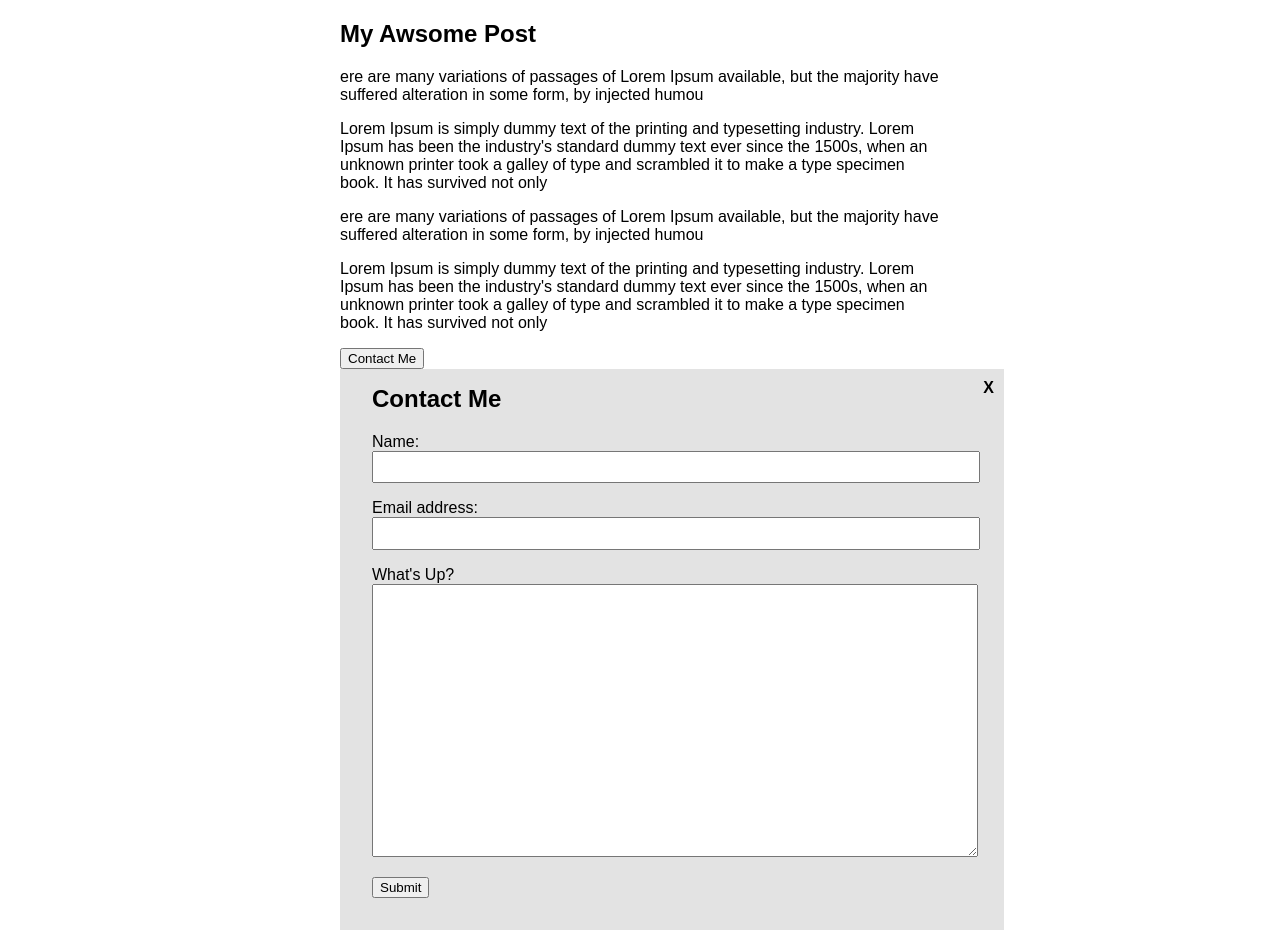
Repository: nema38/30DaysTrainning
Page: 30Days08/index.html
These files come from the project's save history. The page is drawn as it stood at one moment and after the next save; the edit follows.
The browser window is 1280 px wide. The pictures show the whole page.
After loading, the first visible `button` was clicked once.
Some web libraries are served in a nearby version.

Above is the page before, as saved 2014-04-16 19:46:35.

After the next save:
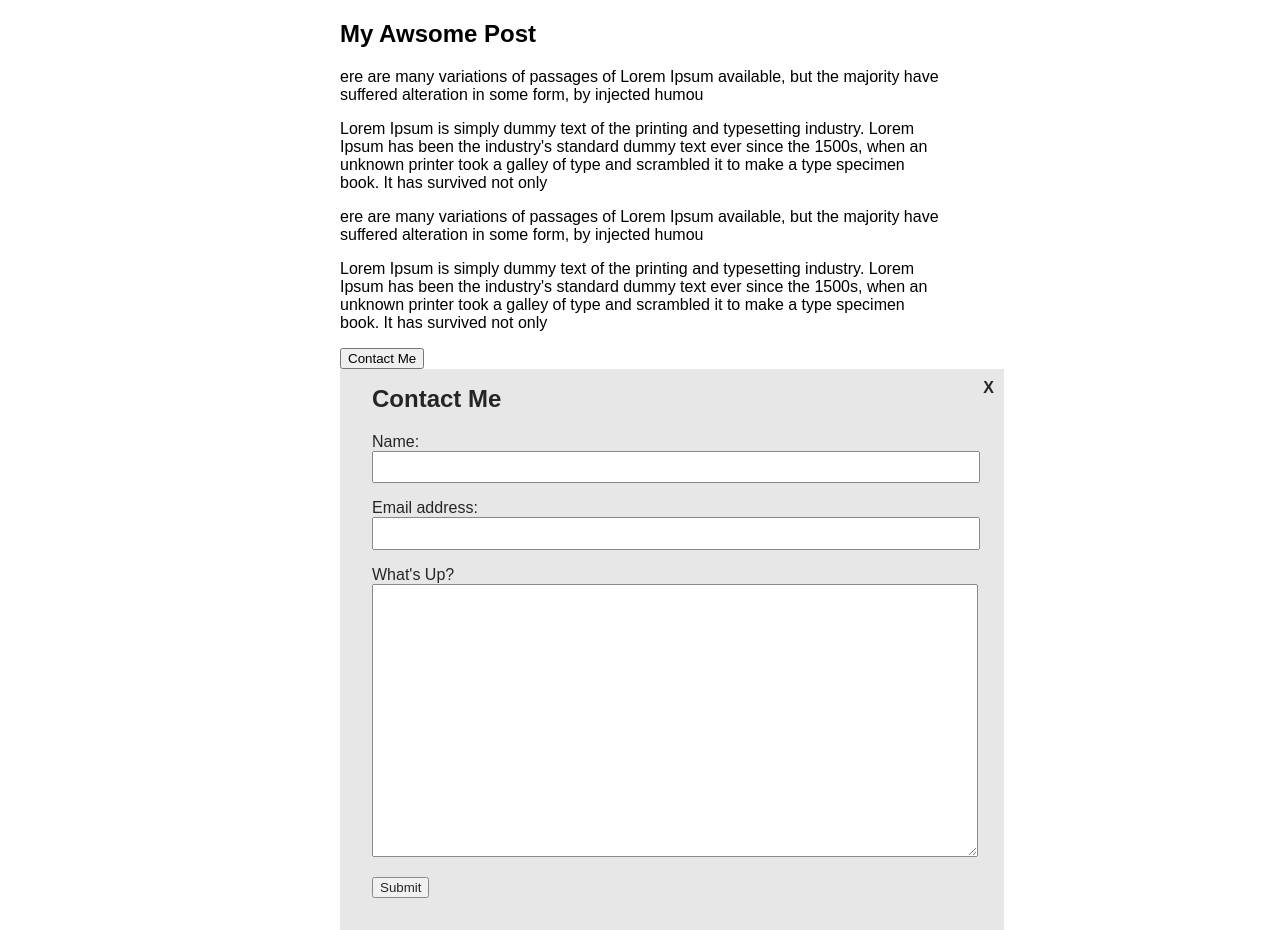
Saved 6 min 15 s later.
--- a/30Days08/index.html
+++ b/30Days08/index.html
@@ -114,14 +114,14 @@
 
 					show: function() {
 						contactForm.close.call(contactForm.container);
-						contactForm.container[contactForm.config.effect](500);
+						contactForm.container[contactForm.config.effect](contactForm.config.speed);
 					},
 					close: function()	{
 						var $this = $(this);
 						$('<span class=close>X</span>')
 						.prependTo(this)
 						.on('click', function() {
-							$this[contactForm.config.effect](500);
+							$this[contactForm.config.effect](contactForm.config.speed);
 						})
 					}
 				};
